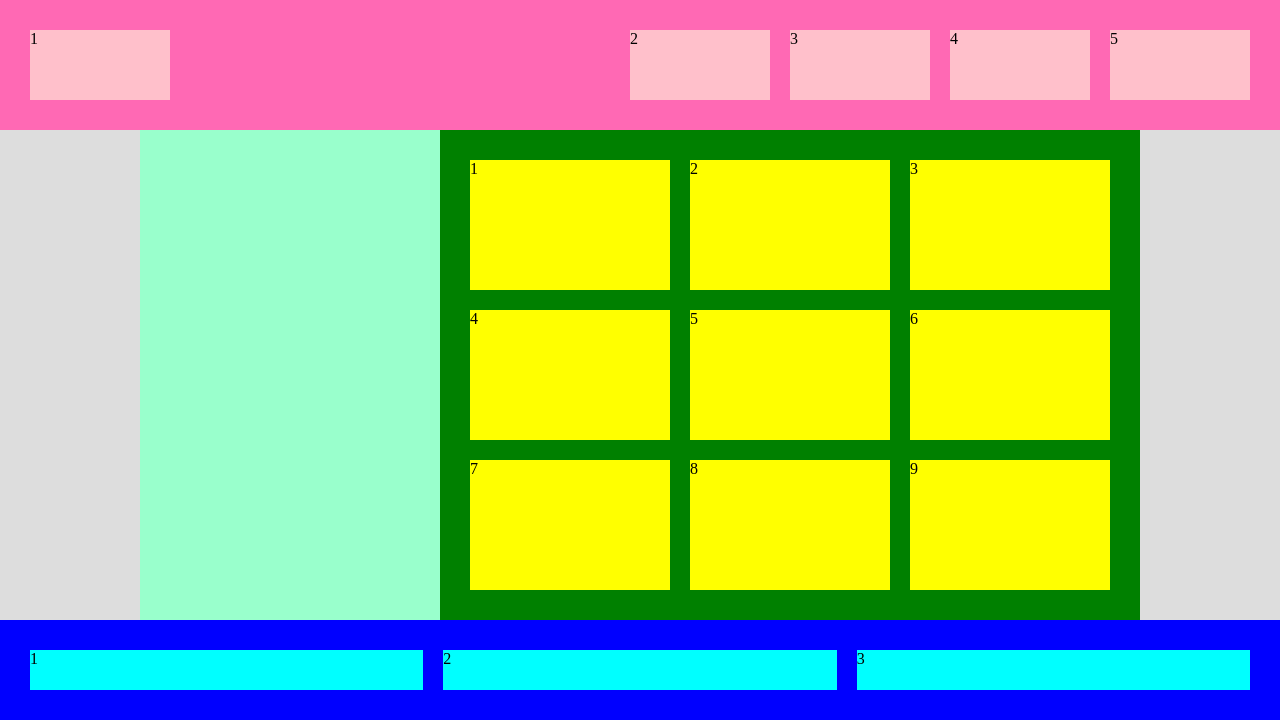
Repository: shizuki-okuma/dmm-webcamp
Page: flex/flex.html
The author's editor kept a record of every edit. The page is drawn from the files as they stood at one moment, then again after the next edit.
The browser window is 1280 px wide. The pictures show the whole page.

Above is the page before.

After the next edit:
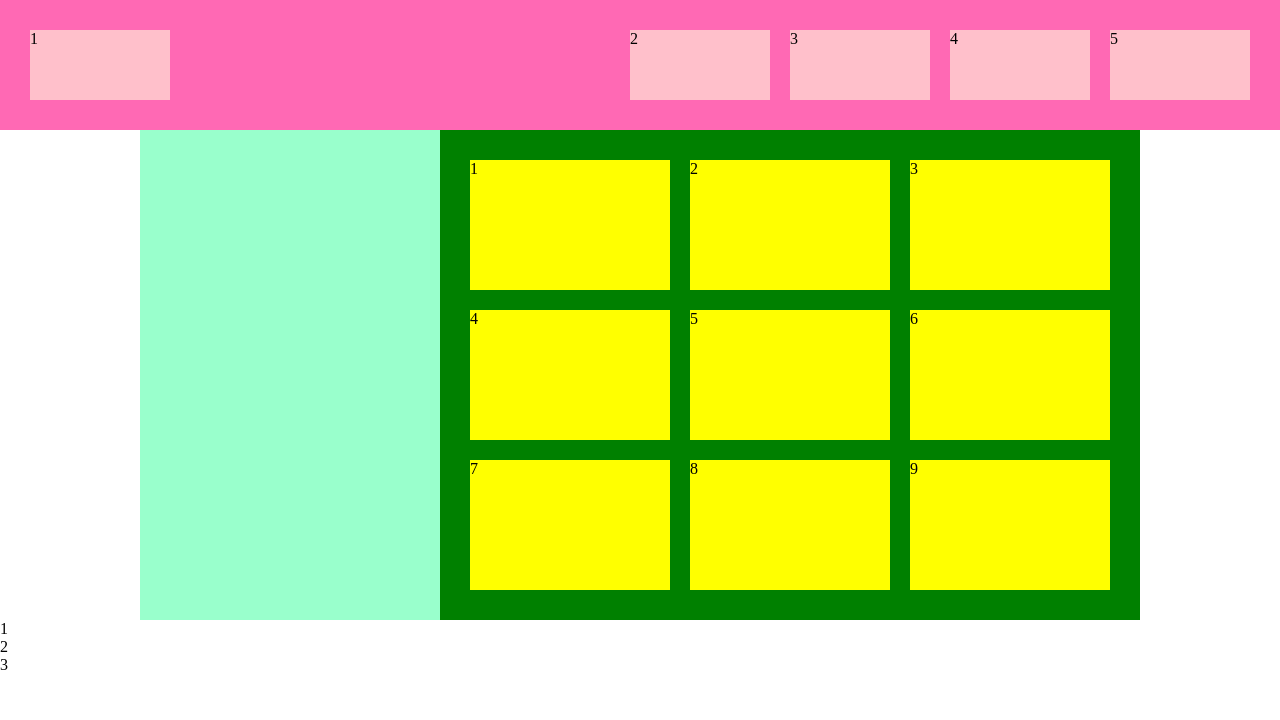
The edit:
--- a/flex/style.css
+++ b/flex/style.css
@@ -27,8 +27,7 @@
   width: 100%;
   display: flex;
   justify-content: center;
-  background-color: #DDDDDD;
-}
+
 
 .sidebar {
   width: 300px;
